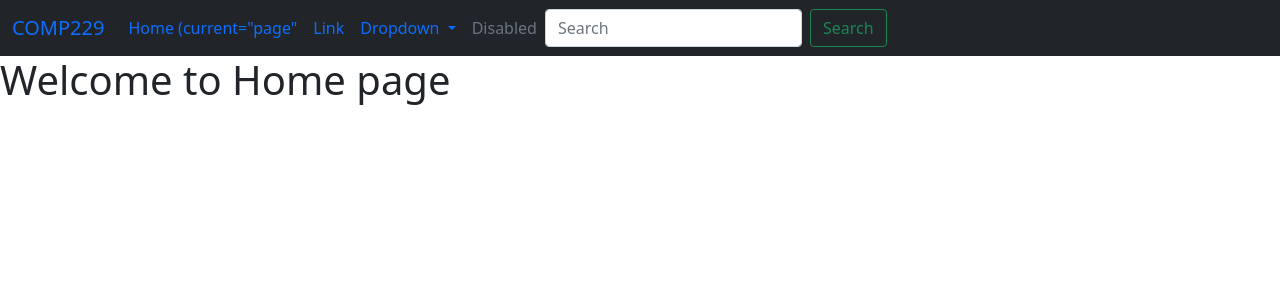
Repository: kiruriluap/COMP229-M2022-Labs
Page: http://localhost/
An editor plug-in stored every save of this project. The page is shown before and after the next save, followed by the edit.
The browser window is 1280 px wide. The pictures show the whole page.
The page is served by the project's Node server (server.js). Other server files are loaded and not shown.

Above is the page before, as saved 2022-05-28 17:24:01.

### week3-6 Partials - Copy - Copy/views/index.ejs
<!DOCTYPE html>
<html lang="en">
<head>
  <meta charset="UTF-8">
  <meta http-equiv="X-UA-Compatible" content="IE=edge">
  <meta name="viewport" content="width=device-width, initial-scale=1.0">
  <title><%= title %></title>
<!-- CSS Section -->
<link rel="stylesheet" href="/bootstrap/dist/css/bootstrap.min.css">
<link rel="stylesheet" href="/@fortawesome/fontawesome-free/css/all.min.css">
  <link rel='stylesheet' href='/content/app.css' />
</head>
<body>
  <!-- Main Navigator -->
  <nav class="navbar navbar-expand-lg bg-dark">
    <div class="container-fluid">
      <a class="navbar-brand" href="#">COMP229</a>
      <button class="navbar-toggler" type="button" data-bs-toggle="collapse" data-bs-target="#navbarSupportedContent" aria-controls="navbarSupportedContent" aria-expanded="false" aria-label="Toggle navigation">
        <span class="navbar-toggler-icon"></span>
      </button>

      <div class="collapse navbar-collapse" id="navbarSupportedContent">
        <ul class="navbar-nav mr-auto mb-2 mb-lg-0">
          <li class="nav-item active">
            <a class="nav-link active" href="#">Home <class="sr-only">(current="page" </a>
          </li>
          <li class="nav-item">
            <a class="nav-link" href="#">Link</a>
          </li>
          <li class="nav-item dropdown">
            <a class="nav-link dropdown-toggle" href="#" id="navbarDropdown" role="button" data-bs-toggle="dropdown" aria-expanded="false">
              Dropdown
            </a>
            <ul class="dropdown-menu" aria-labelledby="navbarDropdown">
              <li><a class="dropdown-item" href="#">Action</a></li>
              <li><a class="dropdown-item" href="#">Another action</a></li>
              <li><hr class="dropdown-divider"></li>
              <li><a class="dropdown-item" href="#">Something else here</a></li>
            </ul>
          </li>
          <li class="nav-item">
            <a class="nav-link disabled">Disabled</a>
          </li>
        </ul>
        <form class="d-flex" role="search">
          <input class="form-control me-2" type="search" placeholder="Search" aria-label="Search">
          <button class="btn btn-outline-success" type="submit">Search</button>
        </form>
      </div>
    </div>
  </nav>
  <h1>Welcome to <%= title %> page</h1>


<!-- Script Section -->
<script src="/jquery/dist/jquery.min.js"></script>
<script src="/bootstrap/dist/js/bootstrap.min.js"></script>
    <script src="/Scripts/app.js"></script>
</body>
</html>

### week3-6 Partials - Copy - Copy/server.js
#!/usr/bin/env node

/**
 * Module dependencies.
 */

var app = require('./app');
var debug = require('debug')('week3-2:server');
var http = require('http');

/**
 * Get port from environment and store in Express.
 */

var port = normalizePort(process.env.PORT || '3000');
app.set('port', port);

/**
 * Create HTTP server.
 */

var server = http.createServer(app);

/**
 * Listen on provided port, on all network interfaces.
 */

server.listen(port);
server.on('error', onError);
server.on('listening', onListening);

/**
 * Normalize a port into a number, string, or false.
 */

function normalizePort(val) {
  var port = parseInt(val, 10);

  if (isNaN(port)) {
    // named pipe
    return val;
  }

  if (port >= 0) {
    // port number
    return port;
  }

  return false;
}

/**
 * Event listener for HTTP server "error" event.
 */

function onError(error) {
  if (error.syscall !== 'listen') {
    throw error;
  }

  var bind = typeof port === 'string'
    ? 'Pipe ' + port
    : 'Port ' + port;

  // handle specific listen errors with friendly messages
  switch (error.code) {
    case 'EACCES':
      console.error(bind + ' requires elevated privileges');
      process.exit(1);
      break;
    case 'EADDRINUSE':
      console.error(bind + ' is already in use');
      process.exit(1);
      break;
    default:
      throw error;
  }
}

/**
 * Event listener for HTTP server "listening" event.
 */

function onListening() {
  var addr = server.address();
  var bind = typeof addr === 'string'
    ? 'pipe ' + addr
    : 'port ' + addr.port;
  debug('Listening on ' + bind);
}

### week3-6 Partials - Copy - Copy/routes/index.js
var express = require('express');
var router = express.Router();

/* GET Home page. */
router.get('/', function(req, res, next) {
  res.render('index', { title: 'Home' });
});

/* GET Home page. */
router.get('/home', function(req, res, next) {
  res.render('index', { title: 'Home' });
});

/* GET About Me page. */
router.get('/about', function(req, res, next) {
  res.render('index', { title: 'About' });
});

/* GET Projects page. */
router.get('/projects', function(req, res, next) {
  res.render('index', { title: 'Projects' });
});

/* GET Services page. */
router.get('/services', function(req, res, next) {
  res.render('index', { title: 'Services' });
});

/* GET Contact page. */
router.get('/Contact', function(req, res, next) {
  res.render('index', { title: 'Contact' });
});

module.exports = router;

### week3-6 Partials - Copy - Copy/app.js
//installed 3rd party packages
let createError = require('http-errors');
let express = require('express');
let path = require('path');
let cookieParser = require('cookie-parser');
let logger = require('morgan');

let indexRouter = require('./routes/index');
let usersRouter = require('./routes/users');

let app = express();

// view engine setup
app.set('views', path.join(__dirname, 'views'));
app.set('view engine', 'ejs');//express -e

app.use(logger('dev'));
app.use(express.json());
app.use(express.urlencoded({ extended: false }));
app.use(cookieParser());
app.use(express.static(path.join(__dirname, 'public')));
app.use(express.static(path.join(__dirname, 'node_modules')));

app.use('/', indexRouter);
app.use('/users', usersRouter);

// catch 404 and forward to error handler
app.use(function(req, res, next) {
  next(createError(404));
});

// error handler
app.use(function(err, req, res, next) {
  // set locals, only providing error in development
  res.locals.message = err.message;
  res.locals.error = req.app.get('env') === 'development' ? err : {};

  // render the error page
  res.status(err.status || 500);
  res.render('error');
});

module.exports = app;

### week3-6 Partials - Copy - Copy/public/Scripts/app.js
//IIFE --Immedistely involved function expression
(function(){

function start()
{
console.log("App started........");
}

window.addEventListener("load", start);

})();

### week3-6 Partials - Copy - Copy/public/Content/app.css
/* custom css goes here */

After the next save:
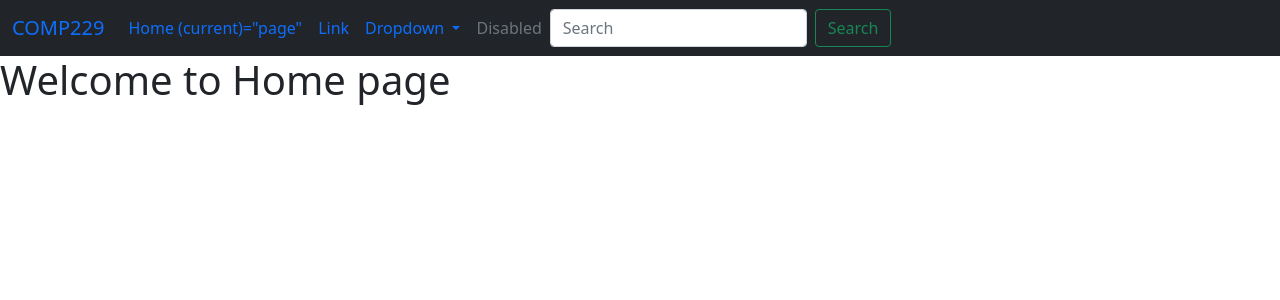
Saved 7 s later.
--- a/week3-6 Partials - Copy - Copy/views/index.ejs
+++ b/week3-6 Partials - Copy - Copy/views/index.ejs
@@ -22,7 +22,7 @@
       <div class="collapse navbar-collapse" id="navbarSupportedContent">
         <ul class="navbar-nav mr-auto mb-2 mb-lg-0">
           <li class="nav-item active">
-            <a class="nav-link active" href="#">Home <class="sr-only">(current="page" </a>
+            <a class="nav-link active" href="#">Home <class="sr-only">(current)="page" </a>
           </li>
           <li class="nav-item">
             <a class="nav-link" href="#">Link</a>
